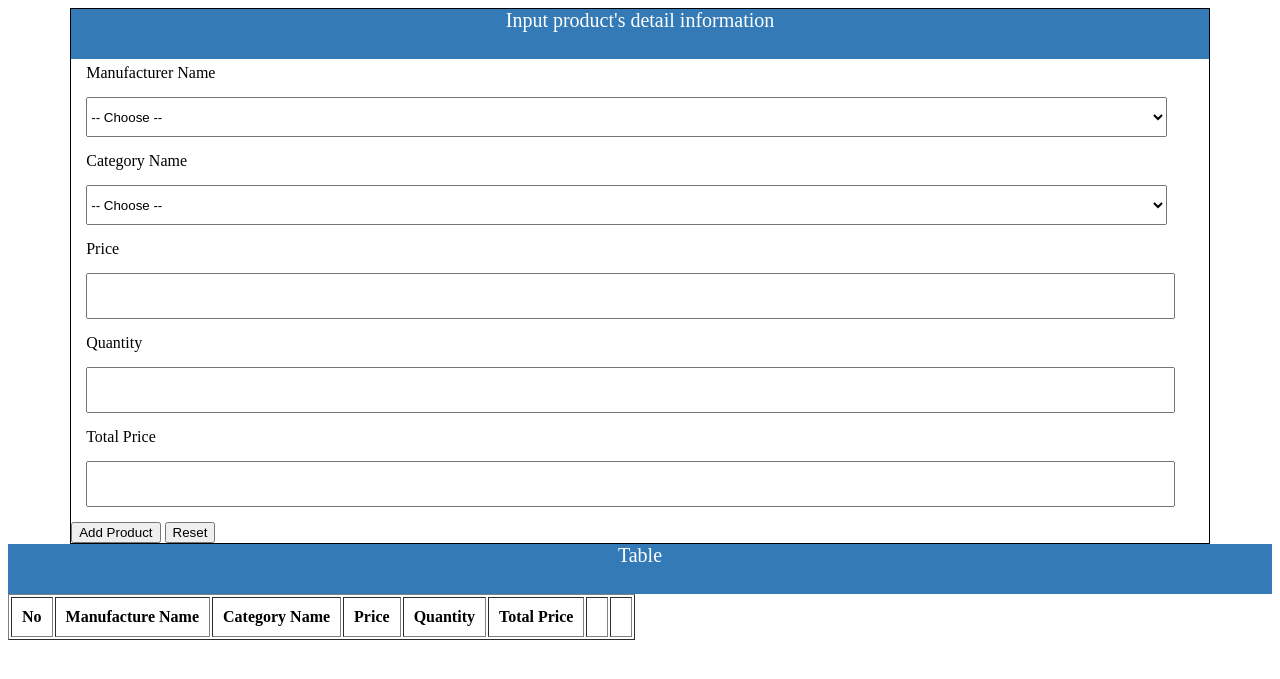
Repository: AnhDuc0125/HTML-Aptech
Page: bt2019/index.html
The author's editor kept a copy of each file at every save. The page is drawn from the files as they stood at one save, then again after the next save.
The browser window is 1280 px wide. The pictures show the whole page.

Above is the page before, as saved 2021-12-02 10:55:58.

### bt2019/index.html
<!DOCTYPE html>
<html lang="en">
<head>
    <meta charset="UTF-8">
    <meta http-equiv="X-UA-Compatible" content="IE=edge">
    <meta name="viewport" content="width=device-width, initial-scale=1.0">
    <link rel="stylesheet" href="style.css">
    <script src="main.js"></script>
    <title>Quản lý sản phẩm</title>
</head>
<body>
    <div class="container">
        <div class="table1">
            <div class="header">
                Input product's detail information
            </div>
            <div class="body">
                <form class="form">

                    <label for="Manufacturer Name">Manufacturer Name</label>
                    <select name="form-control" id="manu_name" onchange="change_manu()">
                        <option value="">-- Choose --</option>
                    </select>

                    <label for="category">Category Name</label>
                    <select name="form-control" id="category_name">
                        <option value="">-- Choose --</option>
                    </select>

                    <label for="price">Price</label>
                    <input type="number" id="price_id" onkeyup="totalPrice()">

                    <label for="quantity" >Quantity</label>
                    <input type="number" id="quantity_id" onkeyup="totalPrice()">

                    <label for="total_price" >Total Price</label>
                    <input type="number" id="total_price_id" readonly>
                    <button type="button" onclick="addProduct()" >Add Product</button>
                    <button type="reset">Reset</button>
                </form>
            </div>
        </div>
        <div class="table2">
            <div class="header">
                Table
            </div>
            <div class="body">
                <table border="1" cellpadding = "10">
                    <thead>
                        <tr>
                            <th>No</th>
                            <th>Manufacture Name</th>
                            <th>Category Name</th>
                            <th>Price</th>
                            <th>Quantity</th>
                            <th>Total Price</th>
                            <th></th>
                            <th></th>
                        </tr>
                    </thead>
                    <tbody id="result">

                    </tbody>
                </table>
            </div>
        </div>
    </div>
    <script>
        var manuList = {
            "Apple" : ["A1", "A2", "A3"],
            "SamSung" : ["S1", "S2", "S3"],
            "LG" : ["L1", "L2", "L3"]
        }

        var manuListTag = document.getElementById('manu_name')
        for(var key in manuList){
            manuListTag.innerHTML += `<option value='${key}'>${key}</option>`
        }

        function change_manu() {
            key = manuListTag.value
            categoryList = manuList[key]
            cateListTag = document.getElementById('category_name')
            cateListTag.innerHTML = ''
            for(var cat of categoryList){
                cateListTag.innerHTML += `<option value='${cat}'>${cat}</option>`
            }
        }

        function totalPrice() {
            price = document.getElementById('price_id').value
            quantity = document.getElementById('quantity_id').value

            var totalprice = price * quantity;
            totalPriceTag = document.getElementById('total_price_id')
            totalPriceTag.value = totalprice
        }

        function addProduct(){
            index = 0
            manuTag = document.getElementById('manu_name').value
            categoryTag = document.getElementById('category_name').value
            priceTag = document.getElementById('price_id').value
            quantityTag = document.getElementById('quantity_id').value
            totalTag = document.getElementById('total_price_id').value

            document.getElementById('result').innerHTML += (`<tr>
                <td>${++index}</td>
                <td>${manuTag}</td>
                <td>${categoryTag}</td>
                <td>${priceTag}</td>
                <td>${quantityTag}</td>
                <td>${totalTag}</td>
                </tr>`)
        }
    </script>
</body>
</html>

### bt2019/style.css
label {
    display: block;
    margin-left: 15px;
    margin-top: 5px;
}

select, input {
    display: block;
    margin: 15px;
    width: 95%;
    height: 40px;
}

.table1 {
    width: 90%;
    margin: 0 auto;
    border: 1px solid black;
}

.header {
    text-align: center;
    background-color: #337ab7;
    height: 50px;
    font-size: 20px;
    color: white;
}

### bt2019/main.js
v = document.getElementById('ducanh');
console.log(v)

After the next save:
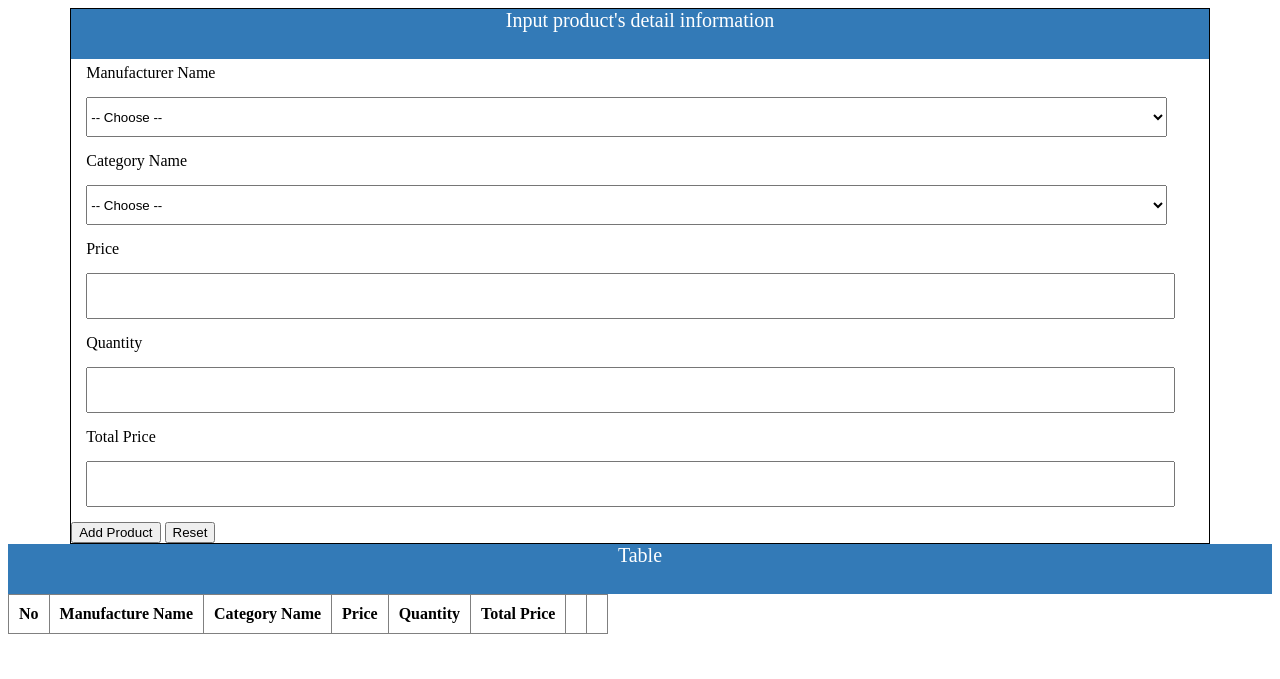
Saved 14 s later.
--- a/bt2019/index.html
+++ b/bt2019/index.html
@@ -45,7 +45,7 @@
                 Table
             </div>
             <div class="body">
-                <table border="1" cellpadding = "10">
+                <table border="1" cellpadding = "10" style="border-collapse: collapse;">
                     <thead>
                         <tr>
                             <th>No</th>
